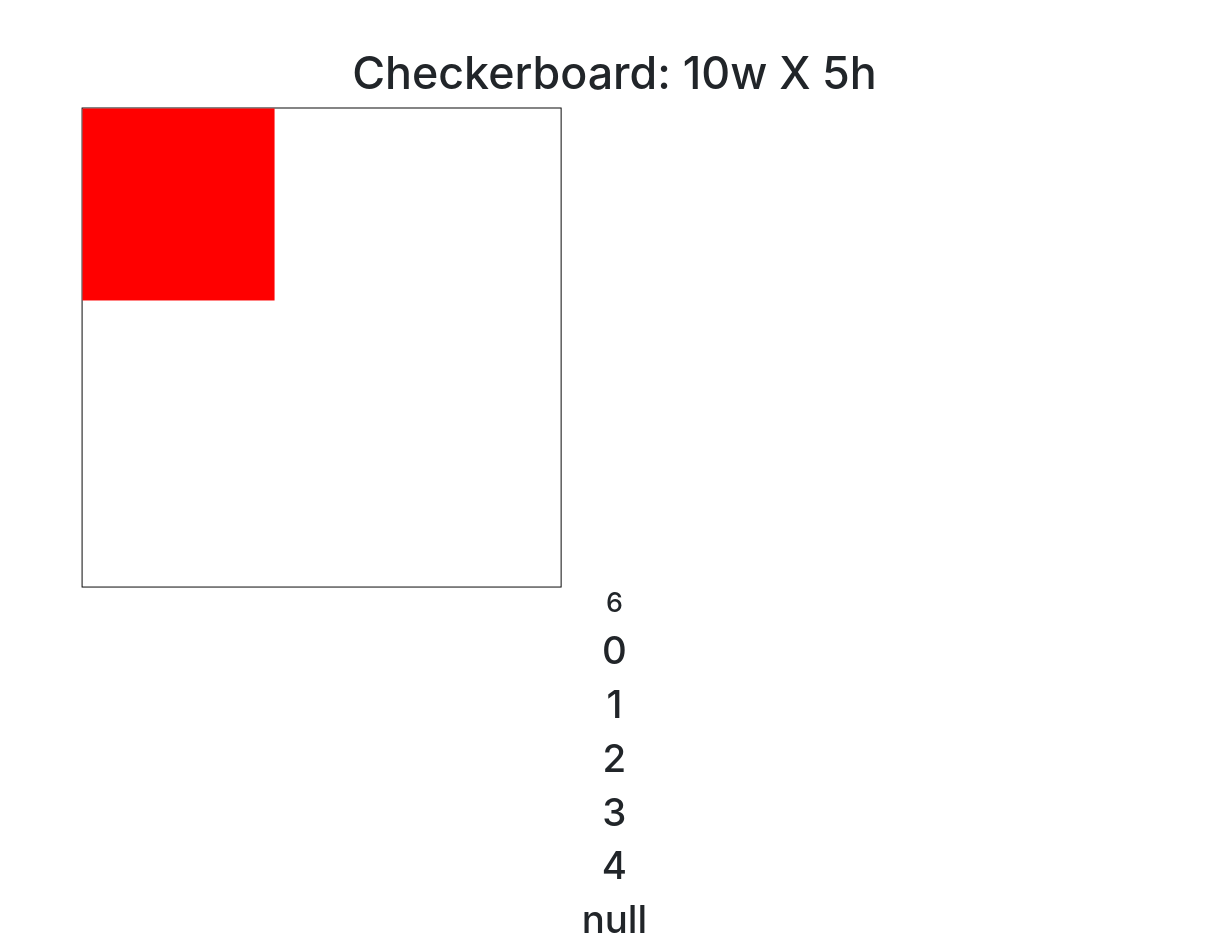
Repository: ACow3/java
Page: http://localhost/Checkerboard/checkerboard.jsp
The author's editor kept a copy of each file at every save. The page is drawn from the files as they stood at one save, then again after the next save.
The browser window is 1280 px wide. The pictures show the whole page, at 96% of full size.
The page is served by Tomcat 9.

Above is the page before, as saved 2019-08-09 00:55:27.

After the next save:
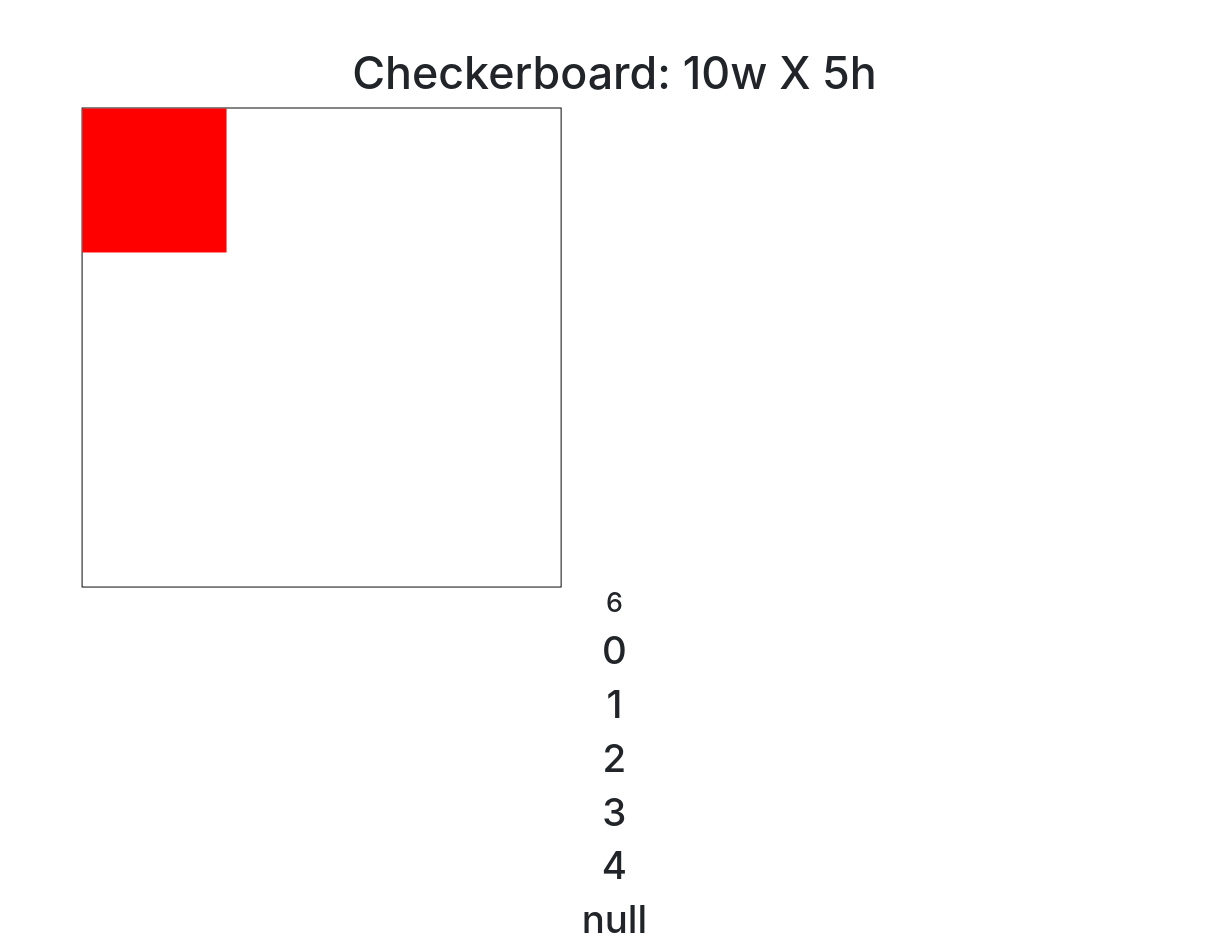
Saved 9 s later.
--- a/javaOOP/Checkerboard/WebContent/checkerboard.jsp
+++ b/javaOOP/Checkerboard/WebContent/checkerboard.jsp
@@ -23,8 +23,8 @@
 		height: 500px;
 	}
 	.red_box{
-		width: 200px;
-		height: 200px;
+		width: 150px;
+		height: 150px;
 		background-color: red;
 
 	}
